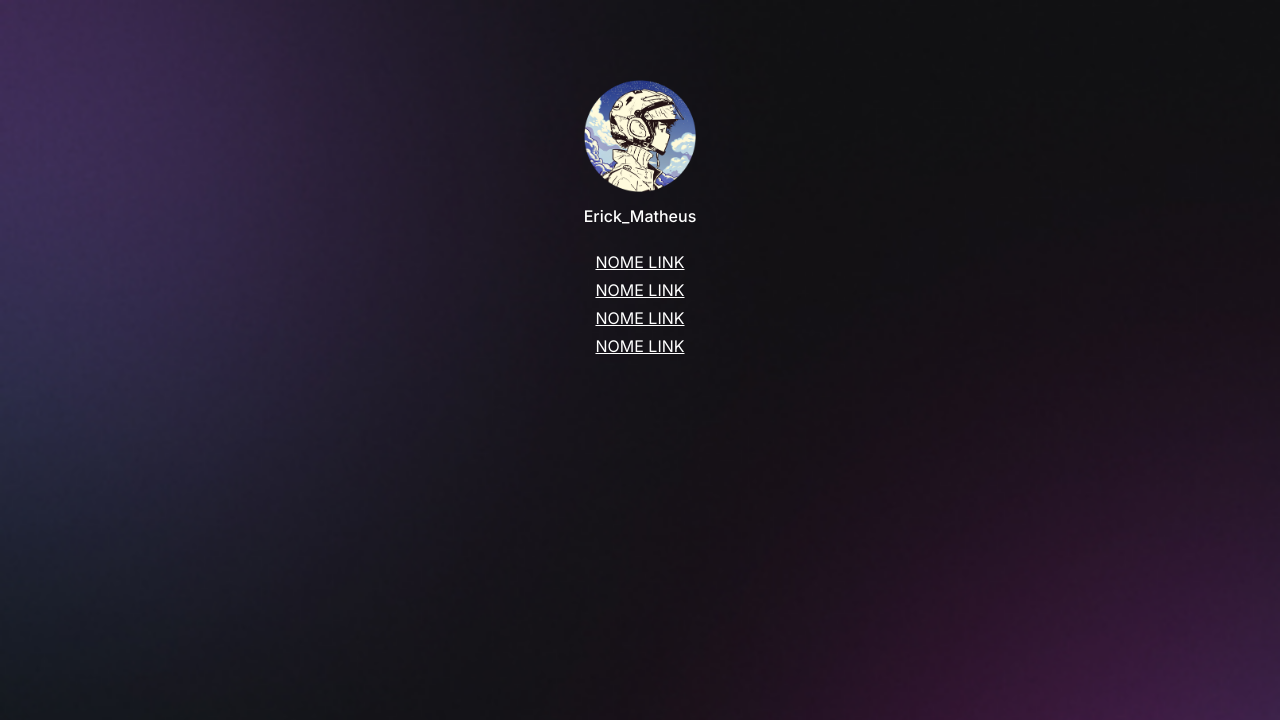
Repository: e-rickmatheus/project_dev_links
Page: index.html
The author's editor kept a copy of each file at every save. The page is drawn from the files as they stood at one save, then again after a run of saves.
The browser window is 1280 px wide. The pictures show the whole page.

Above is the page before, as saved 2025-04-02 20:46:18.

### index.html
<!DOCTYPE html>
<html lang="pt-BR">
<head>

<link rel="preconnect" href="https://fonts.googleapis.com">
<link rel="preconnect" href="https://fonts.gstatic.com" crossorigin>
<link href="https://fonts.googleapis.com/css2?family=Inter:wght@400;500&display=swap" rel="stylesheet">
  <meta charset="UTF-8">
  <meta name="viewport" content="width=device-width, initial-scale=1.0">
  <title>DEV.Links</title>
  <link rel="stylesheet" href="./style.css">
  <a></a>
</head>
<body>

  <div id="container">
    <div id="profile">
      <img id="avatar" src="./assets/avatar-pilot-day.png" alt="avatar-light">
      <p>Erick_Matheus</p>
    </div>
  <ul>
    <li>
      <a href="#" target="_blank">NOME LINK</a>
    </li>
    <li>
        <a href="#" target="_blank">NOME LINK</a>
    </li>
    <li>
        <a href="#" target="_blank">NOME LINK</a>
    </li>
    <li>
        <a href="#" target="_blank">NOME LINK</a>
    </li>
  </ul>
  </div>


</body>
</html>

### style.css
* {  /* *: todos os elementos */
  margin: 0;
  padding: 0;
  box-sizing: border-box; /* border-box: altura e largura do elemento é o mesmo que o tamanho definido */
}

body { /* body: corpo do documento */
  /*
  background-image: url(./assets/bg-mobile.jpg);
  background-repeat: no-repeat;
  background-position: top center;
  background-size: cover;
  */


  background: url(./assets/bg-mobile.jpg) no-repeat top center/cover;
  /* background: cor imagem repetição posição/tamanho */
}

body * { /* todos os elementos dentro do body */
  font-family: 'Inter', sans-serif;
  color: #ffffff

}

#container {
  width:  360px;
  margin: 56px auto 0px;
  display: block;
}

#profile {
  text-align: center;
  padding: 24px;
}

#profile img {
  width: 112px;
}

#profile p {
  font-weight: 500;
  line-height: 24px;
  margin-top: 8px;
}





/*links*/
ul {
  list-style: none;
  display: flex;
  flex-direction: column;
  gap: 8px
}

ul li a {
  display: flex;
  justify-content: center;
  align-items: center;
  padding: 16px 24px'
  border: 1px solid red;
}

After the next 2 saves:
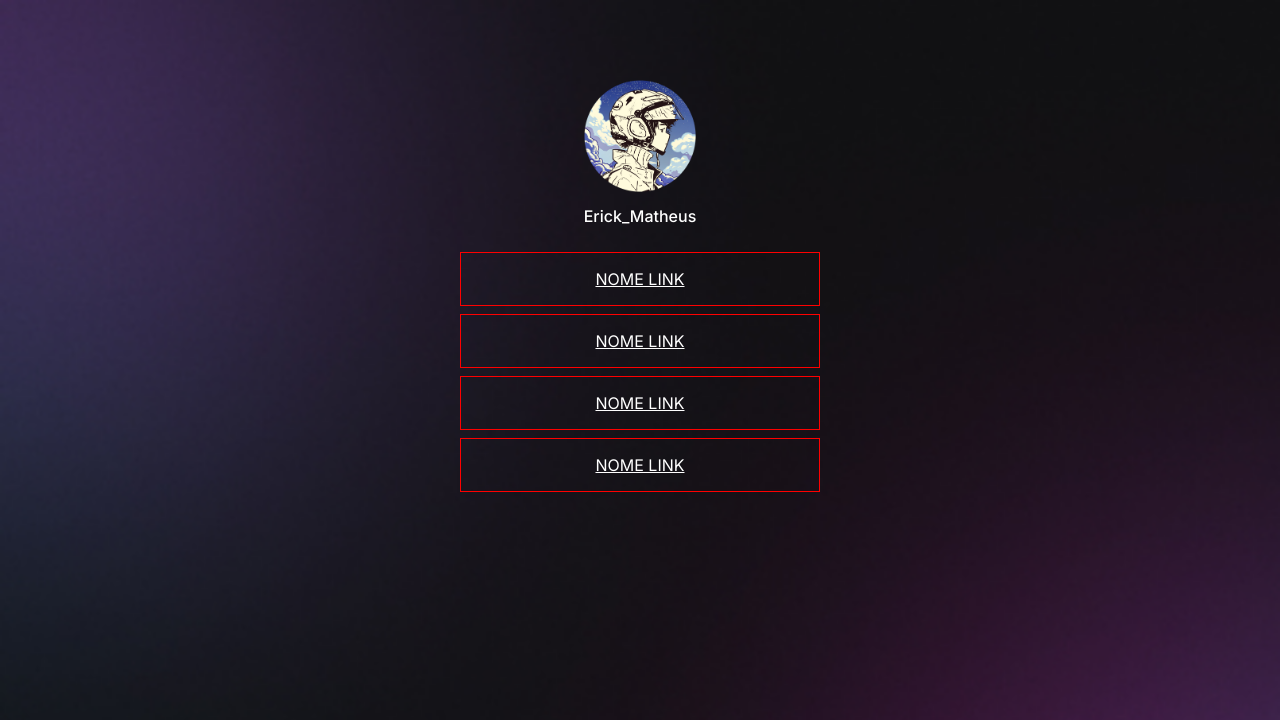
The 2 saves are shown as one change because they came seconds apart.
The last was saved 5 s later.
--- a/style.css
+++ b/style.css
@@ -60,6 +60,6 @@ ul li a {
   display: flex;
   justify-content: center;
   align-items: center;
-  padding: 16px 24px'
+  padding: 16px 24px;
   border: 1px solid red;
 }
